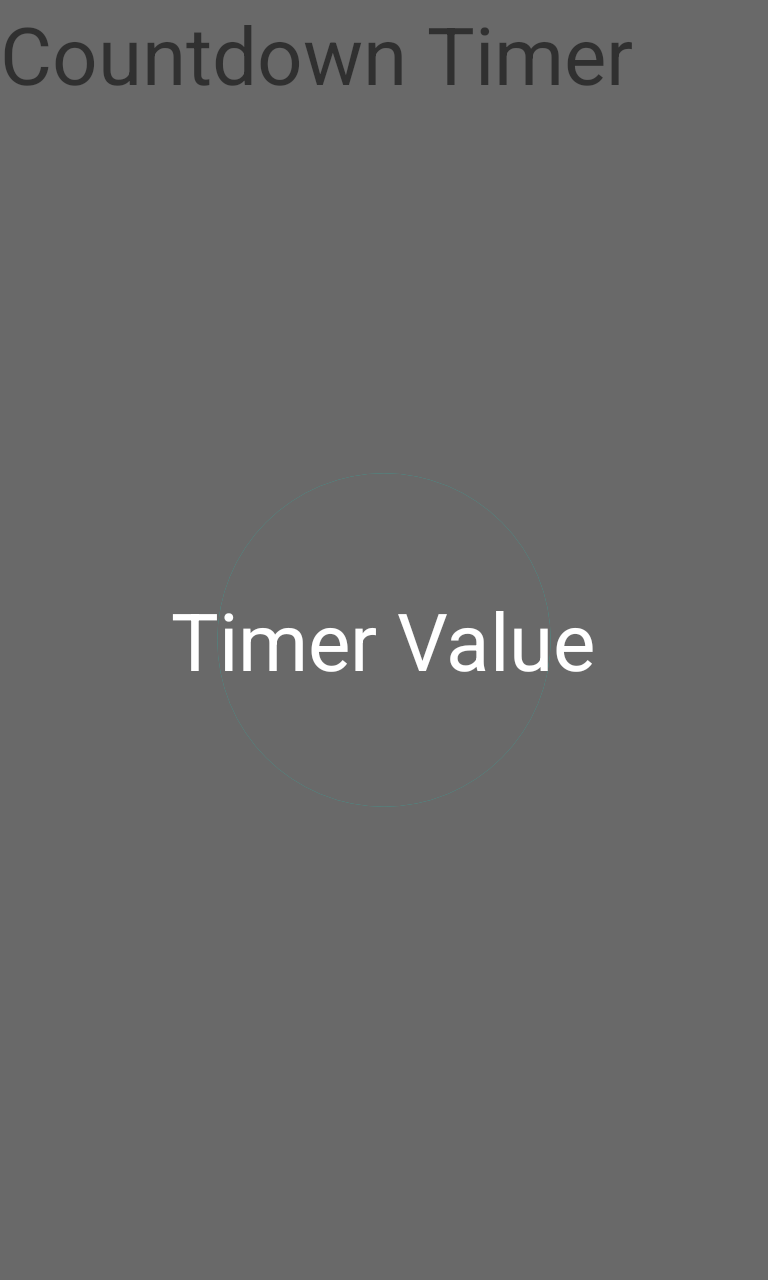
Repository: Hannanina/GuessTag
Layout: GuessTag/res/layout/activity_timer.xml
These files come from the project's save history. The layout is drawn as it stood at one moment and after the next save; the edit follows.
It is drawn on a 768 x 1280 px phone screen (xhdpi) without system bars, with theme AppTheme; the app's code is not run.

Above is the layout before, as saved 2014-12-18 14:12:38.

### GuessTag/res/layout/activity_timer.xml
<?xml version="1.0" encoding="utf-8"?>
<RelativeLayout xmlns:android="http://schemas.android.com/apk/res/android"
    android:orientation="vertical"
    android:background="@color/DimGray"
    android:layout_width="fill_parent"
    android:layout_height="fill_parent" >

    <TextView
       android:id="@+id/timer_heading"
       android:layout_width="fill_parent"
       android:layout_height="wrap_content"
       android:layout_gravity="center"
       android:textSize="40sp"
       android:text="@string/timer_heading" >

    </TextView>

    <ProgressBar
        android:id="@+id/circularProgressbar"
        style="?android:attr/progressBarStyleHorizontal"
        android:layout_width="250dp"
        android:layout_height="250dp"
        android:layout_centerHorizontal="true"
        android:layout_centerVertical="true"
        android:indeterminate="false"
        android:max="100"
        android:progress="100"
        android:progressDrawable="@drawable/circular_timer"
        android:secondaryProgress="100" />

    <TextView
        android:id="@+id/timerValue"
        android:layout_width="wrap_content"
        android:layout_height="wrap_content"
        android:layout_centerHorizontal="true"
        android:layout_centerVertical="true"
        android:textSize="40sp"
        android:text="@string/timer_value"
        android:textAppearance="?android:attr/textAppearanceLarge"
        android:textColor="@color/White" />

</RelativeLayout>

### GuessTag/res/values/colors.xml
<?xml version="1.0" encoding="utf-8"?>
<resources>
 <color name="white">#FFFFFF</color>
 <color name="yellow">#FFFF00</color>
 <color name="fuchsia">#FF00FF</color>
 <color name="red">#FF0000</color>
 <color name="silver">#C0C0C0</color>
 <color name="gray">#808080</color>
 <color name="olive">#808000</color>
 <color name="purple">#800080</color>
 <color name="maroon">#800000</color>
 <color name="aqua">#00FFFF</color>
 <color name="lime">#00FF00</color>
 <color name="teal">#008080</color>
 <color name="green">#008000</color>
 <color name="blue">#0000FF</color>
 <color name="navy">#000080</color>
 <color name="black">#000000</color>


 <color name="White">#FFFFFF</color>
 <color name="Ivory">#FFFFF0</color>
 <color name="LightYellow">#FFFFE0</color>
 <color name="Yellow">#FFFF00</color>
 <color name="Snow">#FFFAFA</color>
 <color name="FloralWhite">#FFFAF0</color>
 <color name="LemonChiffon">#FFFACD</color>
 <color name="Cornsilk">#FFF8DC</color>
 <color name="Seashell">#FFF5EE</color>
 <color name="LavenderBlush">#FFF0F5</color>
 <color name="PapayaWhip">#FFEFD5</color>
 <color name="BlanchedAlmond">#FFEBCD</color>
 <color name="MistyRose">#FFE4E1</color>
 <color name="Bisque">#FFE4C4</color>
 <color name="Moccasin">#FFE4B5</color>
 <color name="NavajoWhite">#FFDEAD</color>
 <color name="PeachPuff">#FFDAB9</color>
 <color name="Gold">#FFD700</color>
 <color name="Pink">#FFC0CB</color>
 <color name="LightPink">#FFB6C1</color>
 <color name="Orange">#FFA500</color>
 <color name="LightSalmon">#FFA07A</color>
 <color name="DarkOrange">#FF8C00</color>
 <color name="Coral">#FF7F50</color>
 <color name="HotPink">#FF69B4</color>
 <color name="Tomato">#FF6347</color>
 <color name="OrangeRed">#FF4500</color>
 <color name="DeepPink">#FF1493</color>
 <color name="Fuchsia">#FF00FF</color>
 <color name="Magenta">#FF00FF</color>
 <color name="Red">#FF0000</color>
 <color name="OldLace">#FDF5E6</color>
 <color name="LightGoldenrodYellow">#FAFAD2</color>
 <color name="Linen">#FAF0E6</color>
 <color name="AntiqueWhite">#FAEBD7</color>
 <color name="Salmon">#FA8072</color>
 <color name="GhostWhite">#F8F8FF</color>
 <color name="MintCream">#F5FFFA</color>
 <color name="WhiteSmoke">#F5F5F5</color>
 <color name="Beige">#F5F5DC</color>
 <color name="Wheat">#F5DEB3</color>
 <color name="SandyBrown">#F4A460</color>
 <color name="Azure">#F0FFFF</color>
 <color name="Honeydew">#F0FFF0</color>
 <color name="AliceBlue">#F0F8FF</color>
 <color name="Khaki">#F0E68C</color>
 <color name="LightCoral">#F08080</color>
 <color name="PaleGoldenrod">#EEE8AA</color>
 <color name="Violet">#EE82EE</color>
 <color name="DarkSalmon">#E9967A</color>
 <color name="Lavender">#E6E6FA</color>
 <color name="LightCyan">#E0FFFF</color>
 <color name="BurlyWood">#DEB887</color>
 <color name="Plum">#DDA0DD</color>
 <color name="Gainsboro">#DCDCDC</color>
 <color name="Crimson">#DC143C</color>
 <color name="PaleVioletRed">#DB7093</color>
 <color name="Goldenrod">#DAA520</color>
 <color name="Orchid">#DA70D6</color>
 <color name="Thistle">#D8BFD8</color>
 <color name="LightGrey">#D3D3D3</color>
 <color name="Tan">#D2B48C</color>
 <color name="Chocolate">#D2691E</color>
 <color name="Peru">#CD853F</color>
 <color name="IndianRed">#CD5C5C</color>
 <color name="MediumVioletRed">#C71585</color>
 <color name="Silver">#C0C0C0</color>
 <color name="DarkKhaki">#BDB76B</color>
 <color name="RosyBrown">#BC8F8F</color>
 <color name="MediumOrchid">#BA55D3</color>
 <color name="DarkGoldenrod">#B8860B</color>
 <color name="FireBrick">#B22222</color>
 <color name="PowderBlue">#B0E0E6</color>
 <color name="LightSteelBlue">#B0C4DE</color>
 <color name="PaleTurquoise">#AFEEEE</color>
 <color name="GreenYellow">#ADFF2F</color>
 <color name="LightBlue">#ADD8E6</color>
 <color name="DarkGray">#A9A9A9</color>
 <color name="Brown">#A52A2A</color>
 <color name="Sienna">#A0522D</color>
 <color name="YellowGreen">#9ACD32</color>
 <color name="DarkOrchid">#9932CC</color>
 <color name="PaleGreen">#98FB98</color>
 <color name="DarkViolet">#9400D3</color>
 <color name="MediumPurple">#9370DB</color>
 <color name="LightGreen">#90EE90</color>
 <color name="DarkSeaGreen">#8FBC8F</color>
 <color name="SaddleBrown">#8B4513</color>
 <color name="DarkMagenta">#8B008B</color>
 <color name="DarkRed">#8B0000</color>
 <color name="BlueViolet">#8A2BE2</color>
 <color name="LightSkyBlue">#87CEFA</color>
 <color name="SkyBlue">#87CEEB</color>
 <color name="Gray">#808080</color>
 <color name="Olive">#808000</color>
 <color name="Purple">#800080</color>
 <color name="Maroon">#800000</color>
 <color name="Aquamarine">#7FFFD4</color>
 <color name="Chartreuse">#7FFF00</color>
 <color name="LawnGreen">#7CFC00</color>
 <color name="MediumSlateBlue">#7B68EE</color>
 <color name="LightSlateGray">#778899</color>
 <color name="SlateGray">#708090</color>
 <color name="OliveDrab">#6B8E23</color>
 <color name="SlateBlue">#6A5ACD</color>
 <color name="DimGray">#696969</color>
 <color name="MediumAquamarine">#66CDAA</color>
 <color name="CornflowerBlue">#6495ED</color>
 <color name="CadetBlue">#5F9EA0</color>
 <color name="DarkOliveGreen">#556B2F</color>
 <color name="Indigo">#4B0082</color>
 <color name="MediumTurquoise">#48D1CC</color>
 <color name="DarkSlateBlue">#483D8B</color>
 <color name="SteelBlue">#4682B4</color>
 <color name="RoyalBlue">#4169E1</color>
 <color name="Turquoise">#40E0D0</color>
 <color name="MediumSeaGreen">#3CB371</color>
 <color name="LimeGreen">#32CD32</color>
 <color name="DarkSlateGray">#2F4F4F</color>
 <color name="SeaGreen">#2E8B57</color>
 <color name="ForestGreen">#228B22</color>
 <color name="LightSeaGreen">#20B2AA</color>
 <color name="DodgerBlue">#1E90FF</color>
 <color name="MidnightBlue">#191970</color>
 <color name="Aqua">#00FFFF</color>
 <color name="Cyan">#00FFFF</color>
 <color name="SpringGreen">#00FF7F</color>
 <color name="Lime">#00FF00</color>
 <color name="MediumSpringGreen">#00FA9A</color>
 <color name="DarkTurquoise">#00CED1</color>
 <color name="DeepSkyBlue">#00BFFF</color>
 <color name="DarkCyan">#008B8B</color>
 <color name="Teal">#008080</color>
 <color name="Green">#008000</color>
 <color name="DarkGreen">#006400</color>
 <color name="Blue">#0000FF</color>
 <color name="MediumBlue">#0000CD</color>
 <color name="DarkBlue">#00008B</color>
 <color name="Navy">#000080</color>
 <color name="Black">#000000</color>
</resources>

### GuessTag/res/values/strings.xml
<?xml version="1.0" encoding="utf-8"?>
<resources>

    <string name="app_name">guess#</string>
    <string name="hello_world">Hello world!</string>
    <string name="action_settings">Settings</string>

    <!-- BACK BUTTON -->
    <string name="button_back">Back</string>

    <!-- START ACTIVITY -->
    <string name="start_heading">guess#</string>
    <string name="button_start">New game</string>
    <string name="button_highscore">Highscore</string>
    <string name="button_rules">Rules</string>
    <string name="title_activity_rules">RulesActivity</string>

    <!-- RULES ACTIVITY -->
    <string name="rules_heading">Rules</string>
    <string name="rules_text">Lorem ipsum dolor sit amet, consectetuer adipiscing elit, sed diam nonummy nibh euismod tincidunt ut laoreet dolore magna aliquam erat volutpat. Ut wisi enim ad minim veniam, quis nostrud exerci tation ullamcorper suscipit lobortis nisl ut aliquip ex ea commodo consequat. Duis autem vel eum iriure dolor in hendrerit in vulputate velit esse molestie consequat, vel illum dolore eu feugiat nulla facilisis at vero eros et accumsan et iusto odio dignissim qui blandit praesent luptatum zzril delenit augue duis dolore te feugait nulla facilisi. Nam liber tempor cum soluta nobis eleifend option congue nihil imperdiet doming id quod mazim placerat facer possim assum. Typi non habent claritatem insitam; est usus legentis in iis qui facit eorum claritatem. Investigationes demonstraverunt lectores legere me lius quod ii legunt saepius. Claritas est etiam processus dynamicus, qui sequitur mutationem consuetudium lectorum. Mirum est notare quam littera gothica, quam nunc putamus parum claram, anteposuerit litterarum formas humanitatis per seacula quarta decima et quinta decima. Eodem modo typi, qui nunc nobis videntur parum clari, fiant sollemnes in futurum.</string>

    <!-- NEW ACTIVITY -->
    <string name="new_heading">New game</string>
    <string name="button_host">Host game</string>
    <string name="button_join">Join game</string>

    <!-- HOST ACTIVITY -->
    <string name="host_heading">Host game</string>
    <string name="game_name_instruction">Input game name</string>
    <string name="difficulty_setting_instruction">Set difficulty</string>
    <string name="input_game_name">Input game name</string>
    <string name="difficulty_setting_level">medium</string>
    <string name="button_create">Create game</string>

    <!-- WAIT HOST ACTIVITY -->
    <string name="host_wait_heading">Host game</string>
    <string name="waiting_for_players">Waiting for players.</string>
    <string name="button_start_game">Start game</string>

    <!-- WAIT GUEST ACTIVITY -->
    <string name="guest_wait_heading">Join game</string>
    <string name="waiting_for_host">Waiting for host.</string>

    <!-- INPUT TAG ACTIVITY -->
    <string name="title_activity_input_tag">InputTagActivity</string>
    <string name="title_activity_select_tagger">SelectTaggerActivity</string>

    <!-- TIMER ACTIVITY -->
    <string name="timer_heading">Countdown Timer</string>
    <string name="timer_value">Timer Value</string>
    <string name="title_activity_timer">TimerActivity</string>
    <string name="title_activity_host">HostActivity</string>
    <string name="title_activity_guess_tag">GuessTagActivity</string>
    <string name="title_activity_result_round">ResultRoundActivity</string>
    <string name="title_activity_join_game">JoinGameActivity</string>
    <string name="title_activity_result_final">ResultFinalActivity</string>

    <!-- GUESS TAG ACTIVITY -->
    <string name="guess_the_hashtag">Guess the hashtag</string>
    <string name="wrong_answer">Wrong answer, try again!</string>
    <string name="hashtag_sign">#</string>
    <string name="guess_tag">Guess#</string>
    <string name="image_one">Image 1</string>
    <string name="image_two">Image 2</string>
    <string name="image_three">Image 3</string>
    <string name="image_four">Image 4</string>
    <string name="image_five">Image 5</string>
    <string name="image_six">Image 6</string>

    <!-- HIGHSCORE ACTIVITY -->
    <string name="title_activity_highscore">Highscore List</string>
    <string name="title_section1">Easy</string>
    <string name="title_section2">Medium</string>
    <string name="title_section3">Hard</string>
    <string name="title_activity_wait_host">WaitHostActivity</string>
    <string name="title_activity_wait_guest">WaitGuestActivity</string>

    <!-- RESULT FINAL ACTIVITY -->
    <string name="final_result">Final result</string>
    <string name="button_end">End game</string>

    <!-- HIGHSCORE LIST ITEM -->
    <string name="game_name">game name</string>
    <string name="nr_of_guesses">55</string>
    <string name="total_time_spent">3:46</string>
    <string name="points">104</string>

    <!-- USER NAME POPUP -->
    <string name="choose_an_alias">Choose an alias</string>
    <string name="button_ok">OK</string>
    <string name="input_alias">alias</string>

    <string name="image_view_1">ImageView1</string>


</resources>

### GuessTag/res/drawable-hdpi/circular_timer.xml
<?xml version="1.0" encoding="utf-8"?>
<layer-list xmlns:android="http://schemas.android.com/apk/res/android" >
    <item android:id="@android:id/secondaryProgress">
        <shape
              android:innerRadiusRatio="3"
              android:shape="ring"
              android:thicknessRatio="20.0">

              <gradient
                   android:startColor="#21B6A8"
                   android:endColor="#21B6A8"
                   android:centerColor="#21B6A8"
                   android:type="sweep" />
        </shape>
    </item>
    <item android:id="@android:id/progress">
       <rotate
        android:fromDegrees="270"
        android:pivotX="50%"
        android:pivotY="50%"
        android:toDegrees="270" >
        <shape
              android:innerRadiusRatio="3"
              android:shape="ring"
              android:thicknessRatio="14.0">
               <rotate
        android:fromDegrees="0"
        android:toDegrees="360"
        android:pivotX="50%"
        android:pivotY="50%" />
              <gradient
                   android:startColor="#696969"
                   android:endColor="#696969"
                   android:centerColor="#696969"
                   android:type="sweep" />
        </shape>
        </rotate>
    </item>
</layer-list>

### GuessTag/res/drawable-mdpi/circular_timer.xml
<?xml version="1.0" encoding="utf-8"?>
<layer-list xmlns:android="http://schemas.android.com/apk/res/android" >
    <item android:id="@android:id/secondaryProgress">
        <shape
              android:innerRadiusRatio="3"
              android:shape="ring"
              android:thicknessRatio="20.0">

              <gradient
                   android:startColor="#21B6A8"
                   android:endColor="#21B6A8"
                   android:centerColor="#21B6A8"
                   android:type="sweep" />
        </shape>
    </item>
    <item android:id="@android:id/progress">
       <rotate
        android:fromDegrees="270"
        android:pivotX="50%"
        android:pivotY="50%"
        android:toDegrees="270" >
        <shape
              android:innerRadiusRatio="3"
              android:shape="ring"
              android:thicknessRatio="14.0">
               <rotate
        android:fromDegrees="0"
        android:toDegrees="360"
        android:pivotX="50%"
        android:pivotY="50%" />
              <gradient
                   android:startColor="#696969"
                   android:endColor="#696969"
                   android:centerColor="#696969"
                   android:type="sweep" />
        </shape>
        </rotate>
    </item>
</layer-list>

### GuessTag/res/drawable-xhdpi/circular_timer.xml
<?xml version="1.0" encoding="utf-8"?>
<layer-list xmlns:android="http://schemas.android.com/apk/res/android" >
    <item android:id="@android:id/secondaryProgress">
        <shape
              android:innerRadiusRatio="3"
              android:shape="ring"
              android:thicknessRatio="20.0">

              <gradient
                   android:startColor="#21B6A8"
                   android:endColor="#21B6A8"
                   android:centerColor="#21B6A8"
                   android:type="sweep" />
        </shape>
    </item>
    <item android:id="@android:id/progress">
       <rotate
        android:fromDegrees="270"
        android:pivotX="50%"
        android:pivotY="50%"
        android:toDegrees="270" >
        <shape
              android:innerRadiusRatio="3"
              android:shape="ring"
              android:thicknessRatio="14.0">
               <rotate
        android:fromDegrees="0"
        android:toDegrees="360"
        android:pivotX="50%"
        android:pivotY="50%" />
              <gradient
                   android:startColor="#696969"
                   android:endColor="#696969"
                   android:centerColor="#696969"
                   android:type="sweep" />
        </shape>
        </rotate>
    </item>
</layer-list>

### GuessTag/res/drawable-xxhdpi/circular_timer.xml
<?xml version="1.0" encoding="utf-8"?>
<layer-list xmlns:android="http://schemas.android.com/apk/res/android" >
    <item android:id="@android:id/secondaryProgress">
        <shape
              android:innerRadiusRatio="3"
              android:shape="ring"
              android:thicknessRatio="20.0">

              <gradient
                   android:startColor="#21B6A8"
                   android:endColor="#21B6A8"
                   android:centerColor="#21B6A8"
                   android:type="sweep" />
        </shape>
    </item>
    <item android:id="@android:id/progress">
       <rotate
        android:fromDegrees="270"
        android:pivotX="50%"
        android:pivotY="50%"
        android:toDegrees="270" >
        <shape
              android:innerRadiusRatio="3"
              android:shape="ring"
              android:thicknessRatio="14.0">
               <rotate
        android:fromDegrees="0"
        android:toDegrees="360"
        android:pivotX="50%"
        android:pivotY="50%" />
              <gradient
                   android:startColor="#696969"
                   android:endColor="#696969"
                   android:centerColor="#696969"
                   android:type="sweep" />
        </shape>
        </rotate>
    </item>
</layer-list>

Loaded but not shown: GuessTag/res/values/styles.xml (common file); GuessTag/res/values-v11/styles.xml (common file); GuessTag/res/values-v14/styles.xml (common file)

After the next save:
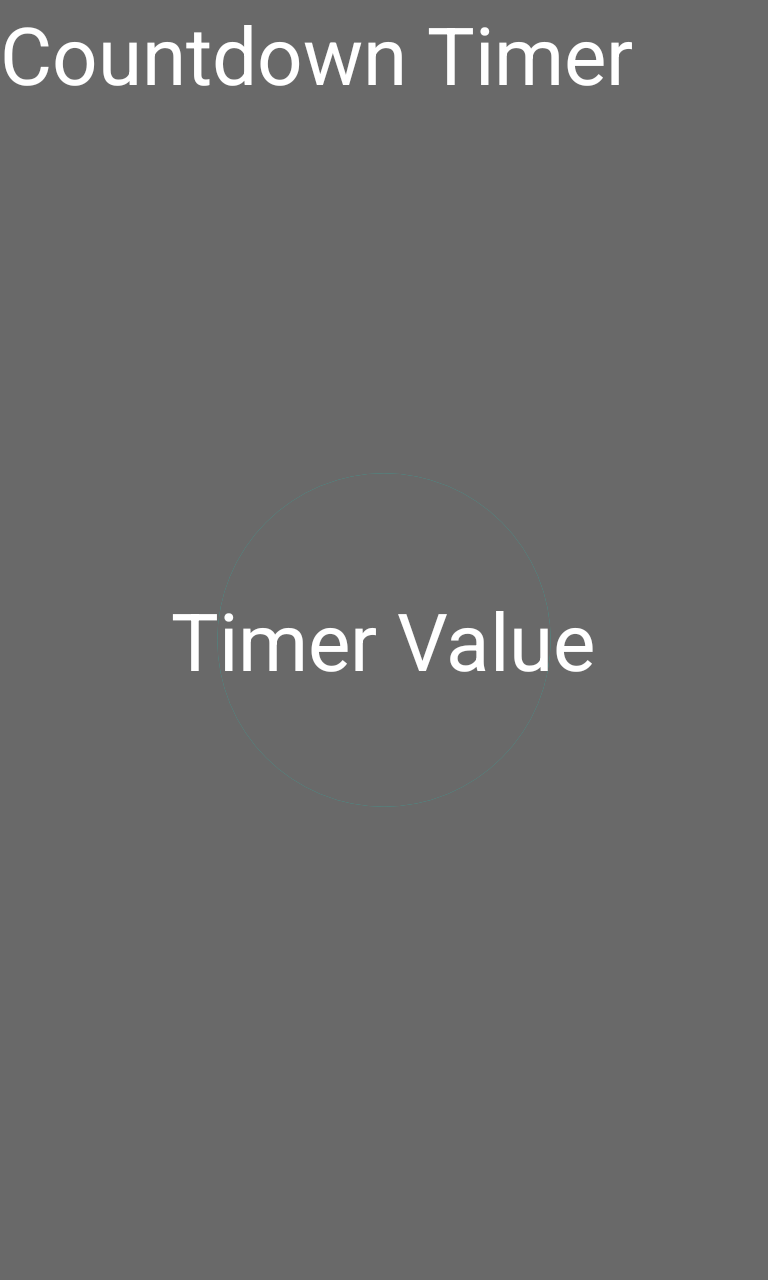
Saved 3 min 37 s later.
--- a/GuessTag/res/layout/activity_timer.xml
+++ b/GuessTag/res/layout/activity_timer.xml
@@ -11,6 +11,7 @@
        android:layout_height="wrap_content"
        android:layout_gravity="center"
        android:textSize="40sp"
+       android:textColor="@color/White"
        android:text="@string/timer_heading" >
 
     </TextView>
